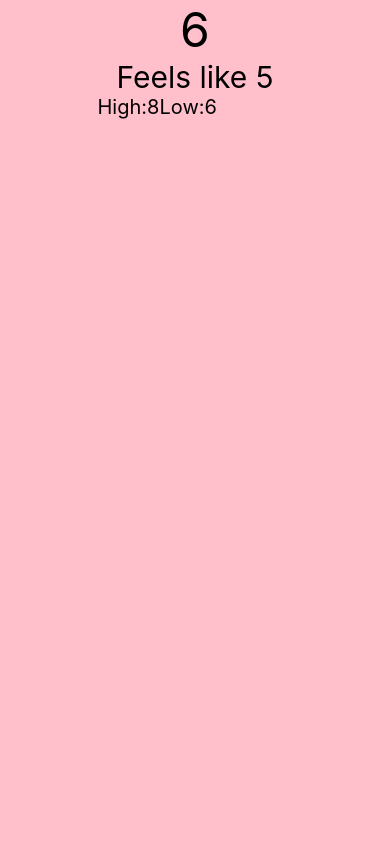
Repository: RossDee/WeatherApp
Screen: /
These files come from the project's save history. The screen is drawn as it stood at one moment and after a run of saves; the edit follows.
The app was drawn by React Native's web renderer in a window 390 px wide. The project was rebuilt for these pictures with package versions that can differ from the ones it lists, and the page was loaded fresh each time.

Above is the screen before, as saved 2023-10-14 21:04:40.

### App.js
import React from 'react';
import { SafeAreaView, StyleSheet, Text, View } from 'react-native';

const App = () => {
  return (
    <SafeAreaView style = {style.wrapper}>
    <View style = {style.container}>
      <Text style={style.temp} >6</Text>
      <Text style = {style.feels}>Feels like 5</Text>
      <view style = {style.highLowWrapper}>
        <Text style = {style.highLow}>High:8</Text>
        <Text style = {style.highLow}>Low:6</Text>
      </view>
      <view><Text></Text></view>
    </View>
    </SafeAreaView>
  )
}
const style  =StyleSheet.create({
  wrapper:{
    flex:1,
    backgroundColor:'yellow',
  },
  container:{
    backgroundColor:'pink',
    flex:1,
    alignItems:'center',
  },
  temp:{
    color:'black',
    fontSize:48,
 },
 feels:{
   color:'black',
   fontSize:30,
 },
  highLow:{
    color:'black',
    fontSize:20,
  },
  highLowWrapper:{
    flexDirection:'row',
    justifyContent:'space-between',
    width:'50%',
  },
})
export default App

After the next 2 saves:
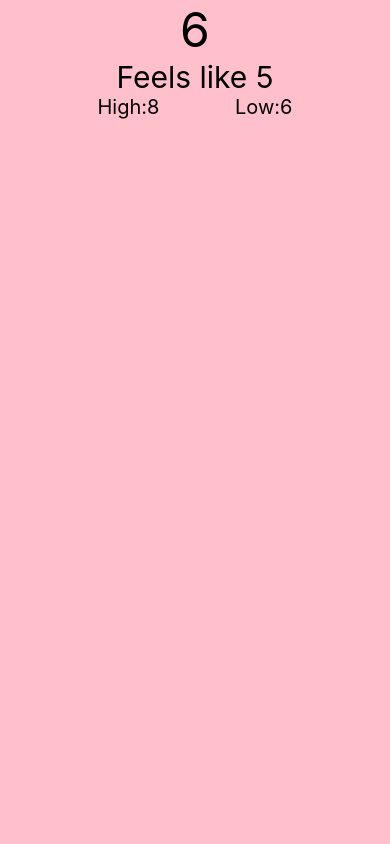
The 2 saves are shown as one change because they came seconds apart.
The last was saved 7 s later.
--- a/App.js
+++ b/App.js
@@ -7,11 +7,11 @@ const App = () => {
     <View style = {style.container}>
       <Text style={style.temp} >6</Text>
       <Text style = {style.feels}>Feels like 5</Text>
-      <view style = {style.highLowWrapper}>
+      <View style = {style.highLowWrapper}>
         <Text style = {style.highLow}>High:8</Text>
         <Text style = {style.highLow}>Low:6</Text>
-      </view>
-      <view><Text></Text></view>
+      </View>
+      <View><Text></Text></View>
     </View>
     </SafeAreaView>
   )
